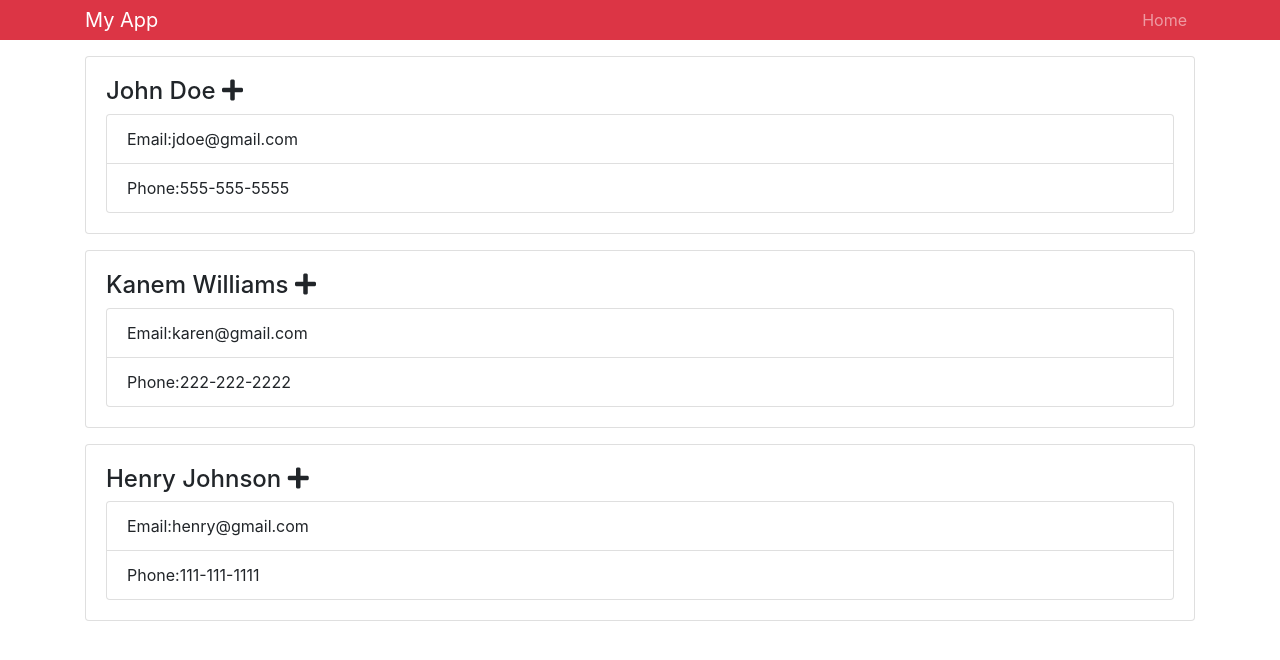
Repository: Mtbwka/contactmanager
Page: /contact/add
The author's editor kept a copy of each file at every save. The page is drawn from the files as they stood at one save, then again after the next save.
The browser window is 1280 px wide. The pictures show the whole page.
Some web libraries are served in a nearby version. The project was rebuilt for these pictures with package versions that can differ from the ones it lists, and the page was loaded fresh each time.

Above is the page before, as saved 2019-05-01 13:03:44.

### public/index.html
<!DOCTYPE html>
<html lang="en">
  <head>
    <meta charset="utf-8" />
    <link rel="shortcut icon" href="%PUBLIC_URL%/favicon.ico" />
    <meta
      name="viewport"
      content="width=device-width, initial-scale=1, shrink-to-fit=no"
    />
    <meta name="theme-color" content="#000000" />
    <link rel="stylesheet" href="https://use.fontawesome.com/releases/v5.1.1/css/all.css" integrity="sha384-O8whS3fhG2OnA5Kas0Y9l3cfpmYjapjI0E4theH4iuMD+pLhbf6JI0jIMfYcK3yZ" crossorigin="anonymous">
    <!--
      manifest.json provides metadata used when your web app is installed on a
      user's mobile device or desktop. See https://developers.google.com/web/fundamentals/web-app-manifest/
    -->
    <link rel="manifest" href="%PUBLIC_URL%/manifest.json" />
    <!--
      Notice the use of %PUBLIC_URL% in the tags above.
      It will be replaced with the URL of the `public` folder during the build.
      Only files inside the `public` folder can be referenced from the HTML.

      Unlike "/favicon.ico" or "favicon.ico", "%PUBLIC_URL%/favicon.ico" will
      work correctly both with client-side routing and a non-root public URL.
      Learn how to configure a non-root public URL by running `npm run build`.
    -->
    <title>React App</title>
  </head>
  <body>
    <noscript>You need to enable JavaScript to run this app.</noscript>
    <div id="root"></div>
    <!--
      This HTML file is a template.
      If you open it directly in the browser, you will see an empty page.

      You can add webfonts, meta tags, or analytics to this file.
      The build step will place the bundled scripts into the <body> tag.

      To begin the development, run `npm start` or `yarn start`.
      To create a production bundle, use `npm run build` or `yarn build`.
    -->
  </body>
</html>

### src/App.js
import React, { Component } from 'react';
import Contacts from './components/Contacts';
import Header from './components/Header';

import 'bootstrap/dist/css/bootstrap.min.css';

class App extends Component {
  render() {
    return (
      <div className='App'>
        <Header />
        <div className='container'>
          <Contacts />
        </div>
      </div>
    );
  }
}

export default App;

### src/components/Contacts.js
import React, { Component } from 'react';
import Contact from './Contact.js';

class Contacts extends Component {
  state = {
    contacts: [
      {
        id: 1,
        name: 'John Doe',
        email: 'jdoe@gmail.com',
        phone: '555-555-5555'
      },
      {
        id: 2,
        name: 'Kanem Williams',
        email: 'karen@gmail.com',
        phone: '222-222-2222'
      },
      {
        id: 3,
        name: 'Henry Johnson',
        email: 'henry@gmail.com',
        phone: '111-111-1111'
      }
    ]
  };

  render() {
    const { contacts } = this.state;

    return (
      <div>
        {contacts.map(contact => (
          <Contact key={contact.id} contact={contact} />
        ))}
      </div>
    );
  }
}

export default Contacts;

### src/components/Header.js
import React from 'react';
import PropTypes from 'prop-types';

// export default function Header() {
//   return <div />;
// }

const Header = props => {
  const { branding } = props;
  return (
    <nav className="navbar navbar-expand-sm navbar-dark bg-danger mb-3 py-0">
      <div className="container">
        <a href="/" className="navbar-brand">{branding}</a>
        <div>
          <ul className="navbar-nav mr-auto">
            <li className="nav-item">
              <a href="/" className="nav-link">Home</a>
            </li>
          </ul>
        </div>
      </div>
    </nav>
  );
};

Header.defaultProps = {
  branding: 'My App'
};

Header.propTypes = {
  branding: PropTypes.string.isRequired
};

export default Header;

### src/components/Contact.js
import React, { Component } from 'react';
import PropTypes from 'prop-types';

class Contact extends Component {
  render() {
    const { name, email, phone } = this.props.contact;

    return (
      <div className='card card-body mb-3'>
        <h4>
          {name} <i className='fas fa-plus' />
        </h4>
        <ul className='list-group'>
          <li className='list-group-item'>Email:{email}</li>
          <li className='list-group-item'>Phone:{phone}</li>
        </ul>
      </div>
    );
  }
}

Contact.propTypes = {
  contact: PropTypes.object.isRequired
};
export default Contact;

Loaded but not shown: src/index.js (common file); src/serviceWorker.js (common file)

After the next save:
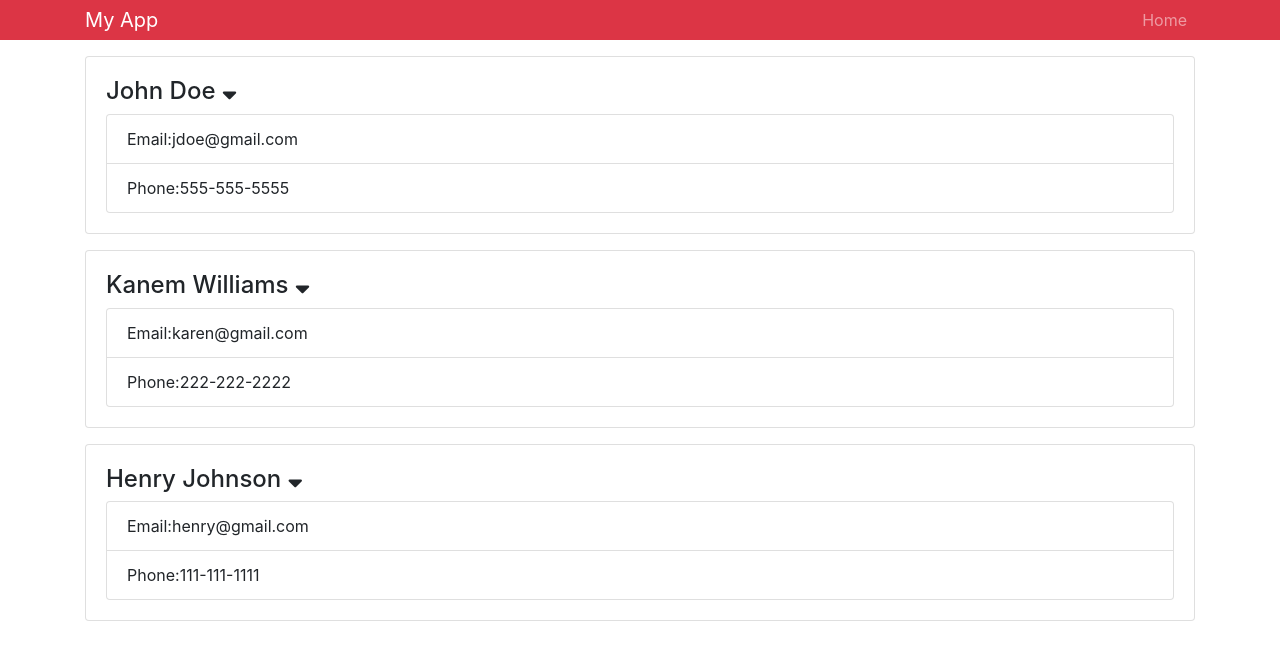
Saved 39 s later.
--- a/src/components/Contact.js
+++ b/src/components/Contact.js
@@ -8,7 +8,7 @@ class Contact extends Component {
     return (
       <div className='card card-body mb-3'>
         <h4>
-          {name} <i className='fas fa-plus' />
+          {name} <i className='fas fa-sort-down' />
         </h4>
         <ul className='list-group'>
           <li className='list-group-item'>Email:{email}</li>
